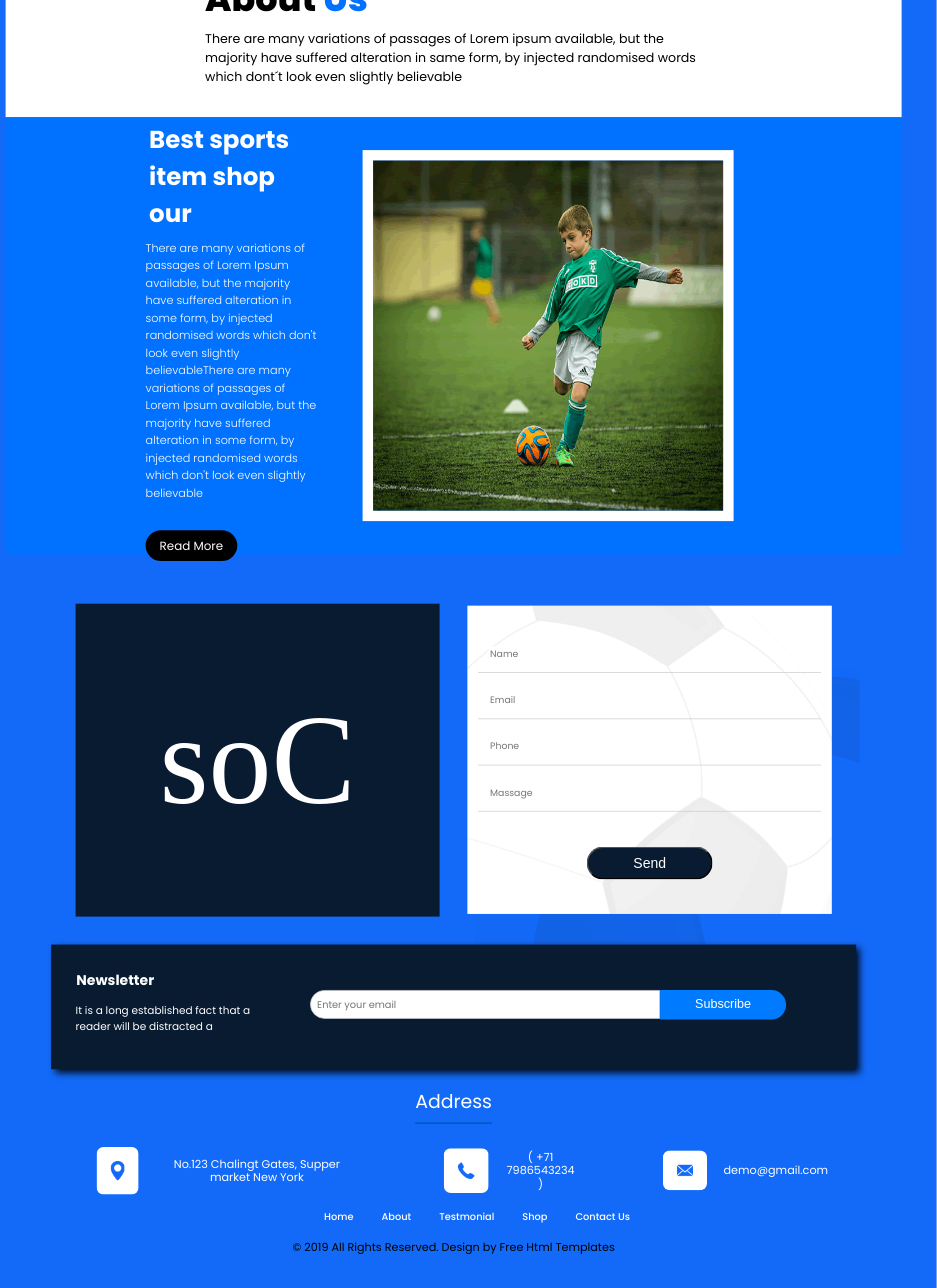
Repository: Vinicius9922/Projeto-Web
Page: index.html
An editor plug-in stored every save of this project. The page is shown before and after the next save, followed by the edit.
The browser window is 1280 px wide. The page is 1338 px wide, so the pictures cover 1338 px, including what lies to the right of the window. The pictures show the part of the page from y = 1959 to 3799 px (the page is 3799 px tall), at 70% of full size.

Above is the page before, as saved 2024-12-13 20:15:43.

### index.html
<!DOCTYPE html>
<html>

<head>
    <meta charset="UTF-8">
    <meta name="viewport" content="width=device-width, initial-scale=1.0">
    <link rel="stylesheet" href="index.css">
    <link rel="preconnect" href="https://fonts.googleapis.com">
    <link rel="preconnect" href="https://fonts.gstatic.com" crossorigin>
    <link
        href="https://fonts.googleapis.com/css2?family=Lora:ital,wght@0,400..700;1,400..700&family=Poppins:ital,wght@0,100;0,200;0,300;0,400;0,500;0,600;0,700;0,800;0,900;1,100;1,200;1,300;1,400;1,500;1,600;1,700;1,800;1,900&display=swap"
        rel="stylesheet">
    <title>Index</title>
</head>

<body class="main-layout">
    <header>
        <div class="header">
            <div class="container">
                <div class="logo"><img src="img/logo.png" alt="logo"></div>
                <div class="navBar">
                    <nav>
                        <ul class="menuNav">
                            <li>HOME</li>
                            <li>ABOUT</li>
                            <li>TESTMONIAL</li>
                            <li>SHOP</li>
                            <li>CONTACT US</li>
                            <li><img id="lupa" src="img/search_icon.png"></li>
                        </ul>
                    </nav>
                </div>
            </div>
        </div>
    </header>
    <section>
        <div class="container">
            <div class="carroussel">
                <div class="textCarroussel">
                    <h1>Welcome to <strong class="color">Our Shop</strong></h1>
                    <p>There are many variations of passages of Lorem Ipsum available, but the majority have
                        suffered
                        alteration in some form, by injected humour</p>
                    <button class="botao-carrossel">Buy Now</button>
                    <button class="botao-carrossel">About</button>
                </div>
            </div>
            <div class="img-carroussel">
                <div>
                    <figure><img id="img-carroussel" src="img/boksing-gloves.png" alt="img" /></figure>
                </div>
            </div>
        </div>
    </section>

    <!-- aaaaaaaaaaaaaaa -->

    <div class="parte branca">
        <h1>Our <span>Products</span></h1>
        <p>There are many variations of passages of Lorem ipsum available, but the majority have suffered alteration in
            some form, by injected randomised words wich don't look even slightly believable</p>
    </div>

    <div class="container3">

        <div class="imagem1">
            <img src="img/basketball.png" alt="bola">
            <p>$<span class="valor">50</span></p>
            <p class="p1">Basket ball</p>
        </div>
        <div class="imagem2">
            <img src="img/t-shirt.png" alt="camiseta">
            <p>$<span class="valor">50</span></p>
            <p class="p1">T-shirt</p>
        </div>
        <div class="imagem3">
            <img src="img/game.png" alt="game">
            <p>$<span class="valor">50</span></p>
            <p class="p1">Game</p>
        </div>
        <div class="imagem4">
            <img src="img/basketball.png" alt="bola">
            <p>$<span class="valor">50</span></p>
            <p class="p1">Basket ball</p>
        </div>
        <div class="imagem5">
            <img src="img/t-shirt.png" alt="camiseta">
            <p>$<span class="valor">50</span></p>
            <p class="p1">T-shirt</p>
        </div>
        <div class="imagem6">
            <img src="img/game.png" alt="game">
            <p>$<span class="valor">50</span></p>
            <p class="p1">game</p>
        </div>

    </div>
    <div class="branca2">
        <h1> About <span>Us</span></h1>
        <p>There are many variations of passages of Lorem ipsum available, but the majority have suffered alteration in
            same form, by injected randomised words which dont´t look even slightly believable</p>
    </div>

    <div class="shield">
        <div class="texto-shield">
            <h1 class="textobranco">Best sports item shop our</h1>
            <p class="p2">There are many variations of passages of Lorem Ipsum available, but the majority have suffered
                alteration in some form, by injected randomised words which don't look even slightly believableThere are
                many variations of passages of Lorem Ipsum available, but the majority have suffered alteration in some
                form, by injected randomised words which don't look even slightly believable</p>

            <div class="btn_main">
                <a class="botao" href="#" role="button">Read More</a>
            </div>
        </div>
        <div class="child">
            <figure><img src="img/child-image.png">
            </figure>
        </div>
    </div>

    <!-- aaaaaaaaaaaaaaaaaaaa -->

    <div class="container2">
        <div class="formulario">
            <div class="box-left">
                <div class="soc">soC</div>
            </div>
            <div class="box-right">
                <form>
                    <div class="grupo-form">
                        <input type="text" class="form" placeholder="Name" name="Name">
                    </div>
                    <div class="grupo-form">
                        <input type="email" class="form" placeholder="Email" name="Email">
                    </div>
                    <div class="grupo-form">
                        <input type="text" class="form" placeholder="Phone" name="Phone">
                    </div>
                    <div class="grupo-form">
                        <input type="text" class="form" placeholder="Massage" name="mensagem">
                    </div>
                    <div class="send-button">
                        <button type="submit" class="botao-env">Send</button>
                    </div>
                </form>
            </div>
        </div>
        <div class="box-down">
            <div class="text-news">
                <h2 class="Newsletter">Newsletter</h2>
                <p class="text-newsletter">It is a long established fact that a reader will be distracted a</p>
            </div>
            <div class="email-news">
                <input type="email" class="news-email" placeholder="Enter your email" name="Email">
            </div>
            <div class="Subscribe">
                <button class="subs-button" type="Subscribe">Subscribe</button>
            </div>
        </div>



        <div class="footer">
            <div>
                <div>
                    <div>
                        <div class="titulo">
                            <h2 class="titulo_texto">Address</h2>
                        </div>
                    </div>
                </div>
            </div>
            <div class="endereco">
                <div>
                    <div class="icones">
                        <div class="site_info">
                            <div class="img-icon">
                                <span class="info_icon"><img src="img/map-icon.png" /></span>
                            </div>
                            <span>No.123 Chalingt Gates, Supper market New York</span>
                        </div>
                    </div>
                    <div class="icones">
                        <div class="site_info">
                            <div class="img-icon">
                                <span class="info_icon"><img src="img/phone-icon.png" /></span>
                            </div>
                            <span>( +71 7986543234 )</span>
                        </div>
                    </div>
                    <div class="icones">
                        <div class="site_info">
                            <div class="img-icon">
                                <span class="info_icon"><img src="img/email-icon.png" /></span>
                            </div>
                            <span>demo@gmail.com</span>
                        </div>
                    </div>
                </div>
            </div>

            <div class="menu_main">
                <div class="menu_text">
                    <ul>
                        <li>Home</li>
                        <li>About</li>
                        <li>Testmonial</li>
                        <li>Shop</li>
                        <li>Contact Us</li>
                    </ul>
                </div>
            </div>
        </div>
        <div class="last-info">
            <div class="trademark">
                <p>© 2019 All Rights Reserved. Design by Free Html Templates</p>
            </div>
        </div>
    </div>

</body>

</html>

### index.css
@import url('https://fonts.googleapis.com/css2?family=Lora:ital,wght@0,400..700;1,400..700&family=Poppins:ital,wght@0,100;0,200;0,300;0,400;0,500;0,600;0,700;0,800;0,900;1,100;1,200;1,300;1,400;1,500;1,600;1,700;1,800;1,900&display=swap');

body {
    width: 100%;
    font-family: Poppins, normal;
    background-color: #136af8;
    background: linear-gradient(to bottom, #136af8 89%, #081b30 6%, #136af8 1% );
}

header {
    background-color: #136af8;
    padding: 0px;
}

.container {
    display: flex;
    align-items: center;
    justify-content: space-between;
    margin: 40px 200px;
}

li:hover {
    text-decoration: underline;
    cursor: pointer;
    font-weight: bolder;
}

ul {
    color: white;
    list-style-type: none;
    display: flex;
    margin: 0;
    padding: 0;
    gap: 40px;
    font-weight: 500;
}

#lupa {
    margin-left: 20px;
}

.logo {
    margin-left: 60px;
}

section {
    background-color: #136af8;
    display: flex;
}

.textCarroussel {
    text-align: left;
    margin-left: 60px;
    padding-left: 15px;
}

.textCarroussel p,
strong {
    color: white;
}

.color {
    font-weight: bolder;
}

.textCarroussel h1 {
    font-family: Poppins;
    font-weight: bold;
    font-size: 65px;
    line-height: 74px;
    color: #081b30;
}

.textCarroussel p {
    font-size: 16px;
}

button {
    min-width: 180px;
    color: white;
    background-color: #081b30;
    padding: 10px 50px;
    border-radius: 30px;
    display: inline-block;
    font-size: 20px;
    margin-top: 40px;
    cursor: pointer;
}

button:hover {
    background-color: #032b58;
}

button+button {
    margin-left: 15px;
}

#img-carroussel {
    max-width: 110%;
    height: auto;
    display: block;
}


.parte.branca {
    background-color: white;
    text-align: center;
    padding: 40px 280px;
}

.parte.branca h1 {
    font-size: 50px;
    color: black;
    text-align: left;
    font-weight: 800;
    margin: 5px;
}

.parte.branca h1 span {
    color: #0072ff;

}

.parte.branca p {
    font-size: 18px;
    margin-top: 10px;
    text-align: left;
    font-weight: 400;
    margin: 5px;
}

/* Grade de produtos */
.container3 {
    display: grid;
    grid-template-columns: repeat(3, 1fr);
    gap: 20px;
    column-gap: 30px;
    padding-left: 250px;
    padding-right: 250px;
    padding-top: 40px;
    padding-bottom: 40px;
    background-color: #001f3f;
}


.container3 div {
    text-align: center;
    background-color: white;
    padding: 20px;
    box-shadow: 0 5px 10px rgba(0, 0, 0, 0.1);
}

.container3 img {
    width: 300px;
    height: 300px;
    margin-bottom: 10px;
}

.container3 div .valor {
    margin: 5px 0;
    font-size: 26px;
    color: #0072ff
}

.container3 div p {
    font-size: 26px;
    color: black;
    margin: 3px;
}

/* Sessão "About Us" */
.branca2 {
    background-color: white;
    text-align: left;
    padding: 40px 280px;
}

.branca2 h1 {
    font-size: 50px;
    color: black;
    text-align: left;
    font-weight: 800;
    margin: 5px;
}

.branca2 h1 span {
    color: #0072ff;
}

.branca2 p {
    font-size: 18px;
    margin-top: 10px;
    text-align: left;
    font-weight: 400;
    margin: 5px;
}

/* Sessão "Best sports item shop our" */
.shield {
    display: flex;
    justify-content: space-between;
    align-items: center;
    background-color: #0072ff;
    color: white;
    padding-left: 200px;
    padding-right: 200px;
    gap: 20px;
}

.texto-shield {
    text-align: left;
}

.shield h1 {
    font-size: 35px;
    color: rgb(255, 255, 255);
    text-align: left;
    font-weight: 700;
    margin: 5px;
}

.shield .p2 {
    font-size: 16px;
    margin-top: 10px;
    text-align: left;
    font-weight: 300;
    margin-bottom: 50px;
}

.btn_main .botao {
    text-decoration: none;
    background-color: black;
    color: white;
    padding: 10px 20px;
    border-radius: 30px;
    font-size: 17px;
    transition: 0.5s ease, color 0.4s ease 0.1s;
}

.botao:hover {
    background-color: #fbfbfb;
    color: black;
}

.child {
    margin: 0px;
}

.child img {
    height: 500px;
    width: 500px;
    display: flex;
    border: 15px solid #fff;
}

.container2 {
    display: flex;
    align-items: center;
    justify-content: space-between;
    margin: 30px 100px;
    flex-direction: column;
}

.formulario {
    flex: auto;
    display: flex;
    justify-content: space-between;
    align-items: center;
    border-radius: 10px;
    padding: 40px;
    justify-content: center;
    gap: 40px;
    background-image: url('img/contact-banner.png');
}

.grupo-form {
    width: 100%;
    padding: 15px;
    margin-bottom: 10px;
    border-bottom: 1px solid #ccc;
}

form {
    display: flex;
    flex-direction: column;
    align-items: center;
    width: 460px;
    height: 360px;
}

.form {
    border: none;
    width: 100px;
    margin: 0px;
}

.box-left {
    background-color: #081b30;
    color: white;
    text-align: center;
    font-family: apple;
    font-size: 180px;
    padding: 10% 10%;
    padding: 120px;
}

.box-right {
    height: auto;
    background-color: #f2f2f2;
    background-image: url('img/boll_bg.png');
    padding: 40px 30px;
}

.box-left,
.box-right {
    width: 50%;
}

input {
    border: none;
    outline: none;
    width: 100%;
}

input,
textarea {
    font-family: Poppins, normal;
    color: #a4a0a0;
    width: 100%;
}

.box-down {
    display: flex;
    align-items: row;
    background-color: #081b30;
    color: white;
    width: 1150px;
    box-shadow: 5px 5px 10px 0 rgba(0, 0, 0, 0.9);
}

.text-news {
    display: flex;
    flex-direction: column;
    max-width: 300px;
    padding-left: 35px;
    font-size: 12px;
    padding: 35px;
}

.Newsletter {
    margin: 1px;
    font-size: 20px;
}

.text-newsletter {
    font-size: 15px;
}

.email-news {
    display: flex;
    align-items: center;
    height: 172px;
}

.Subscribe {
    display: flex;
    align-items: center;
    height: 132px;
}

.news-email {
    padding: 9px;
    font-size: 14px;
    border: 1px solid #ccc;
    border-radius: 25px 0 0 25px;
    width: 500px;
    height: 41px;
    box-sizing: border-box;
}

.subs-button {
    font-size: 18px;
    color: white;
    background-color: #007BFF;
    border: none;
    border-radius: 0 25px 25px 0;
    cursor: pointer;
    height: 42px;

}

.subs-button:hover {
    background-color: #0056b3;
}


.footer{
    font-size: 18px;
    margin-top: 10px;
    text-align: center;
    font-weight: 400;
    margin: 5px;
}

.titulo_texto{
    color:white;
    text-decoration-line: underline;
    text-decoration-color: #0056b3;
    text-underline-offset: 20px;
    font-weight:400;
}

.endereco > div {
    display: flex;
    gap: 100px;
    align-items: center;
}

.icones {
    display: flex;
    align-items: center;
    gap: 10px;
    color:white;
}

.info_icon img {
    width: auto;
    height: auto;
    background-color:white;
    border-radius: 10px;
    padding: 20px;
    display: block;
}

.site_info {
    display: flex;
    align-items: center;
}

.site_info span {
    line-height: 1.2;
    font-size: 16px;

}
.img-icon {
    display: flex;
    align-items: center;
    justify-content: center;
    width: 50px;
    height: 50px;
    background-color: white;
    border-radius: 10px;
    margin:30px;
}

.menu_text ul{
    font-size: 14px;
    text-align: center;
    padding:0px 00px 0px 350px;
    align-items:center;
}

.menu_text li:hover{
    color:#0072ff;
    cursor: pointer;
    text-decoration:none;
}
.last-info{
   /*  background-color:#136af8;
    height: 100%; */
}

After the next save:
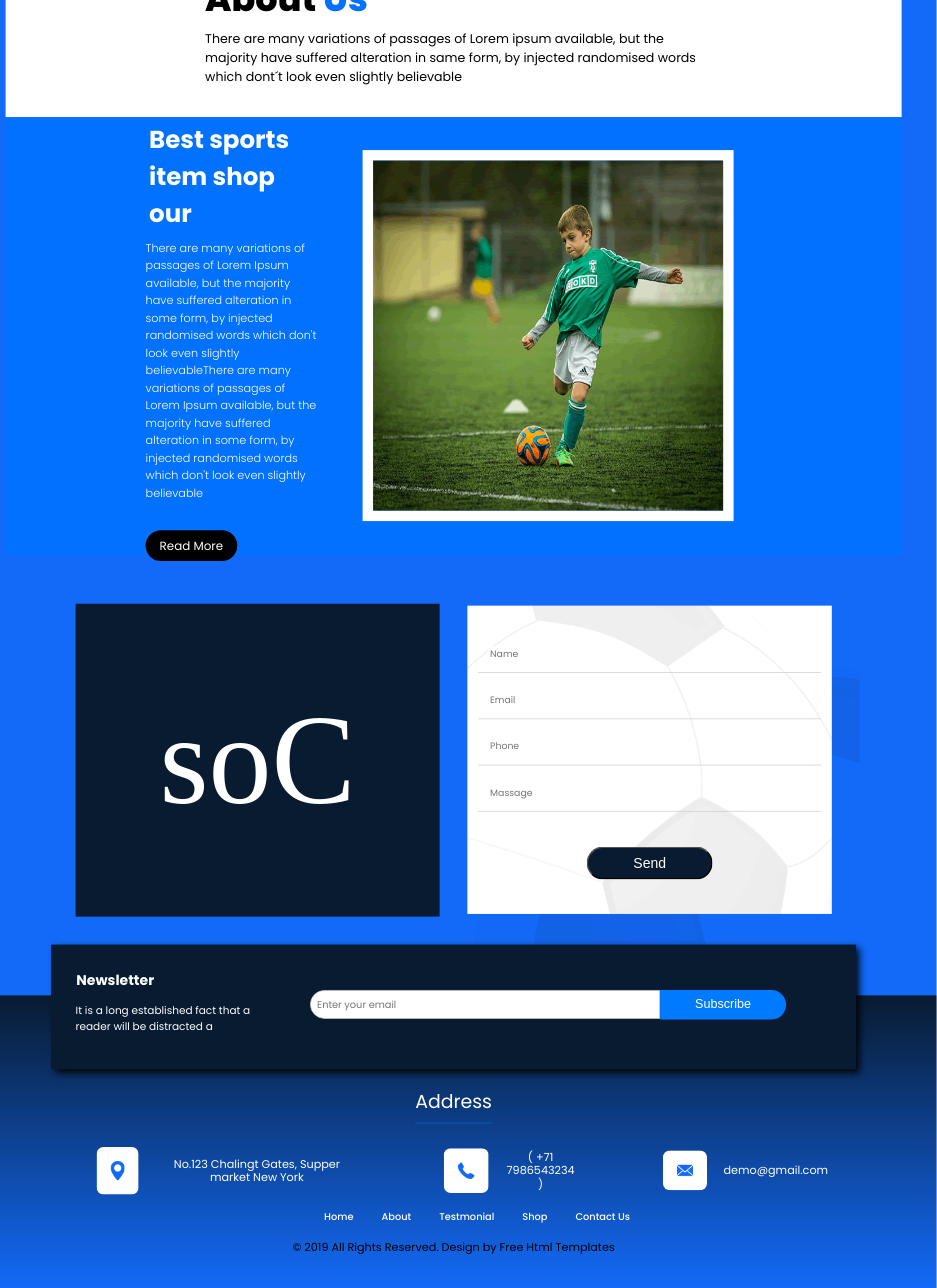
Saved 6 s later.
--- a/index.css
+++ b/index.css
@@ -4,7 +4,7 @@
     width: 100%;
     font-family: Poppins, normal;
     background-color: #136af8;
-    background: linear-gradient(to bottom, #136af8 89%, #081b30 6%, #136af8 1% );
+    background: linear-gradient(to bottom, #136af8 89%, #081b30 6%, #136af8  );
 }
 
 header {

After the 4 saves that followed:
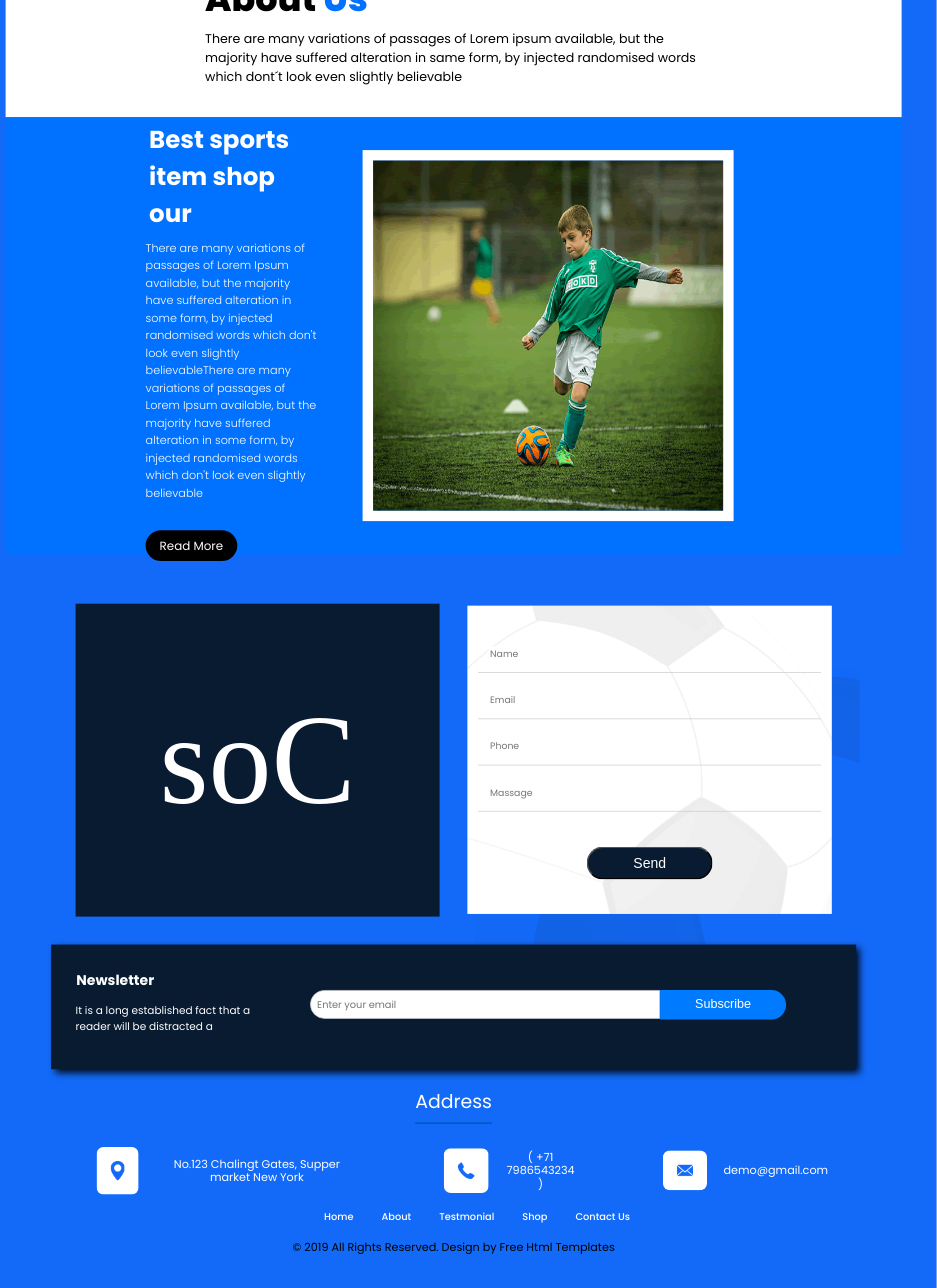
The 4 saves are shown as one change because 1 left the picture as it was and some came seconds apart.
The last was saved 110 s later.
--- a/index.css
+++ b/index.css
@@ -4,7 +4,7 @@
     width: 100%;
     font-family: Poppins, normal;
     background-color: #136af8;
-    background: linear-gradient(to bottom, #136af8 89%, #081b30 6%, #136af8  );
+    background: linear-gradient(to bottom, #136af8 89%, #081b30 6%, #081b30 6%, #136af8 2% );
 }
 
 header {
